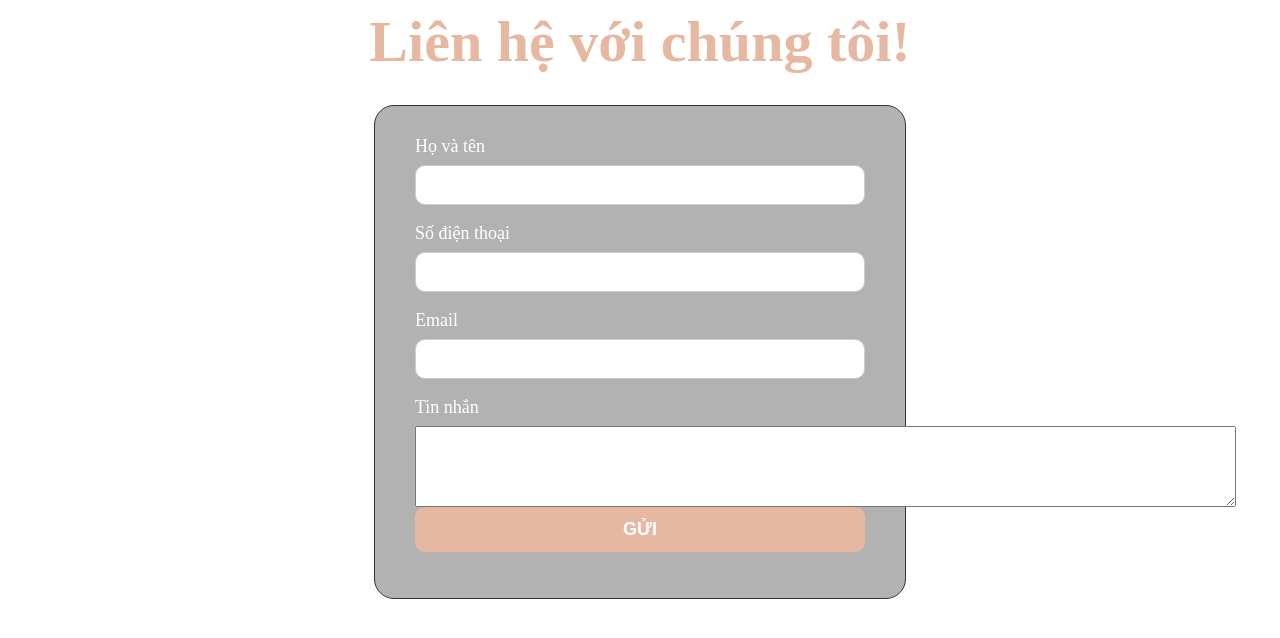
Repository: mingbeo100-boop/website_bancheonline
Page: http://localhost/pages/lienhe.php
These files come from the project's save history. The page is drawn as it stood at one moment and after the next save; the edit follows.
The browser window is 1280 px wide. The pictures show the whole page.
The page is run by PHP 8.4 with error messages shown; the project is at /var/www/html/.

Above is the page before, as saved 2025-11-27 08:14:39.

After the next save:
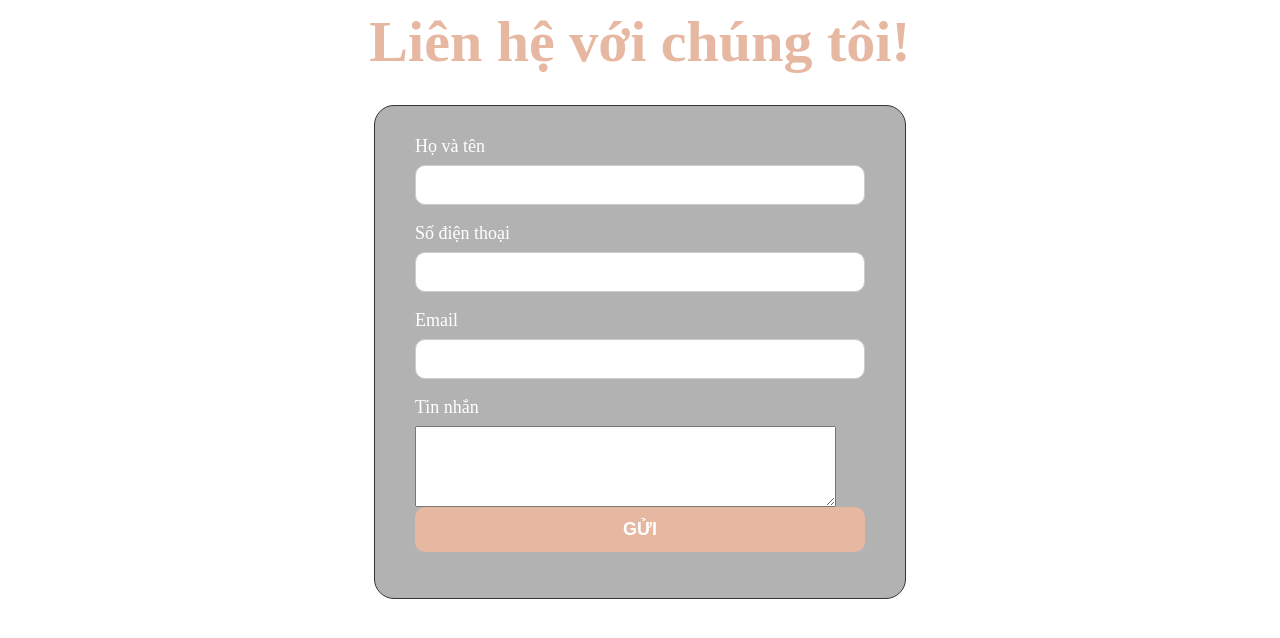
Saved 8 s later.
--- a/pages/lienhe.php
+++ b/pages/lienhe.php
@@ -71,7 +71,7 @@
         <input type="email" name="email" required>
 
         <label>Tin nhắn</label>
-        <textarea name="message" rows="5" cols="100"></textarea>
+        <textarea name="message" rows="5" cols="50"></textarea>
 
         <button type="submit">GỬI</button>
     </form>
